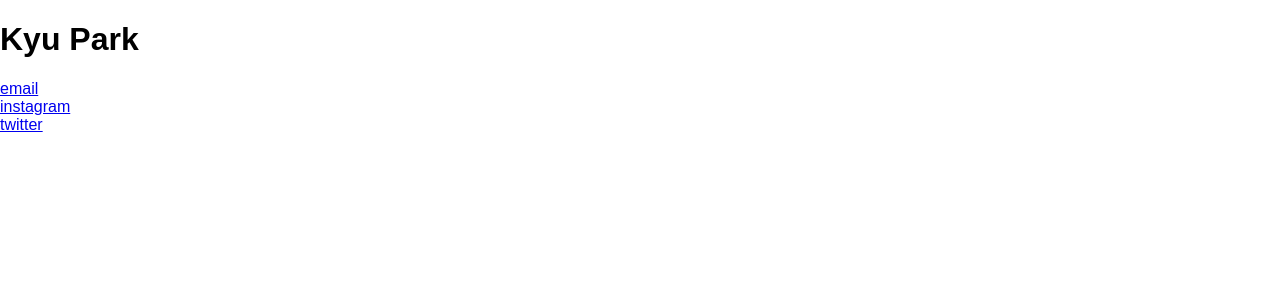
Repository: kyupark/kyupark.github.com
Page: index.html
The author's editor kept a record of every edit. The page is drawn from the files as they stood at one moment, then again after the next edit.
The browser window is 1280 px wide. The pictures show the whole page.

Above is the page before.

### index.html
<!doctype html>

<html lang="en">
<head>
  <meta charset="utf-8">

  <title>Kyu Park</title>
  <meta name="description" content="Kyu Park">
  <meta name="author" content="Kyu Park">

  <link rel="stylesheet" href="css/styles.css?v=1.0">
  <link rel="stylesheet" href="css/normalize.css?v=1.0">
  <link rel="icon" href="/favicon.ico?v=0.0">

  <!--[if lt IE 9]>
  <script src="http://html5shiv.googlecode.com/svn/trunk/html5.js"></script>
  <![endif]-->
</head>

<body>
  <div>
    <h1>Kyu Park</h1>
    <a href="mailto:park@kyu.co">email</a><br>
    <a href="http://www.instagram.com/parkq">instagram</a><br>
    <a href="http://www.twitter.com/hkyupark">twitter</a><br>
  </div>

  <script src="js/scripts.js"></script>
</body>
</html>

Loaded but not shown: css/normalize.css (library); css/styles.css (no stored copy; drawn as an empty file); js/scripts.js (no stored copy; drawn as an empty file)

After the next edit:
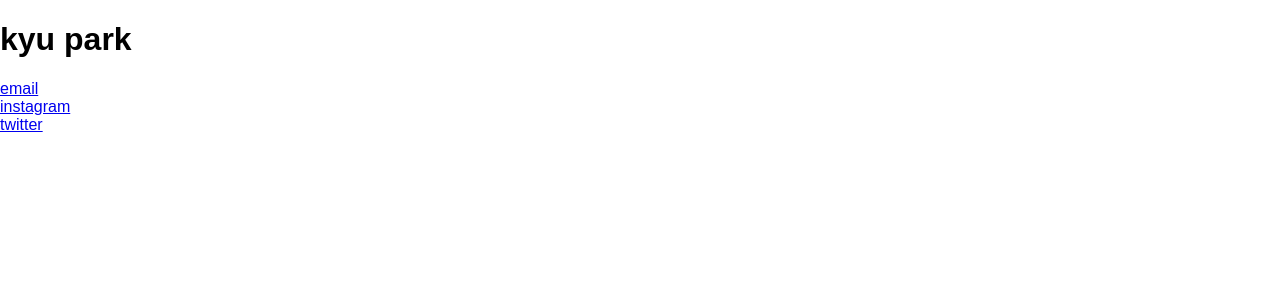
The edit:
--- a/index.html
+++ b/index.html
@@ -19,7 +19,7 @@
 
 <body>
   <div>
-    <h1>Kyu Park</h1>
+    <h1>kyu park</h1>
     <a href="mailto:park@kyu.co">email</a><br>
     <a href="http://www.instagram.com/parkq">instagram</a><br>
     <a href="http://www.twitter.com/hkyupark">twitter</a><br>
